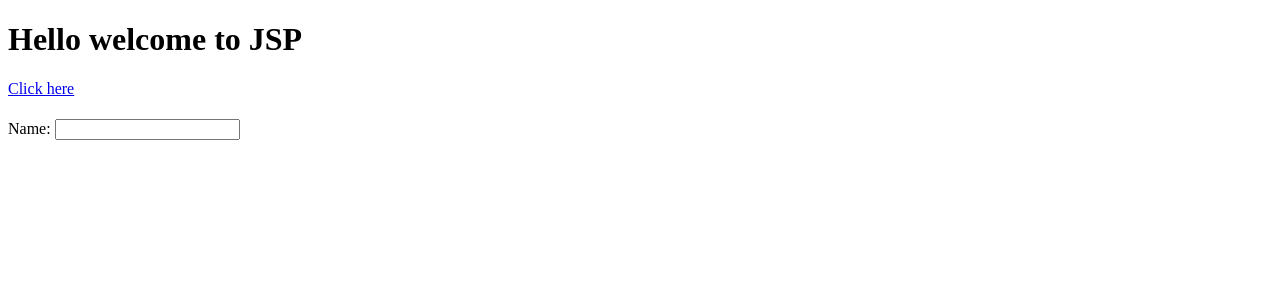
Repository: gauravrathod802/Java-Servlet
Page: http://localhost/MyFirstProject/
These files come from the project's save history. The page is drawn as it stood at one moment and after the next save; the edit follows.
The browser window is 1280 px wide. The pictures show the whole page.
The page is served by Tomcat 9. Other server files are loaded and not shown.

Above is the page before, as saved 2024-01-08 12:19:50.

### MyFirstProject/WebContent/index.jsp
<%@ page language="java" contentType="text/html; charset=ISO-8859-1"
    pageEncoding="ISO-8859-1"%>
<!DOCTYPE html>
<html>
<head>
<meta charset="ISO-8859-1">
<title>Java Servlet</title>
</head>
<body>
<h1>Hello welcome to JSP</h1>
<a href="MyServlet" >Click here</a>

<h1></h1>
<form>
<label>Name:</label>
<input type="text">
</form>
</body>
</html>

After the next save:
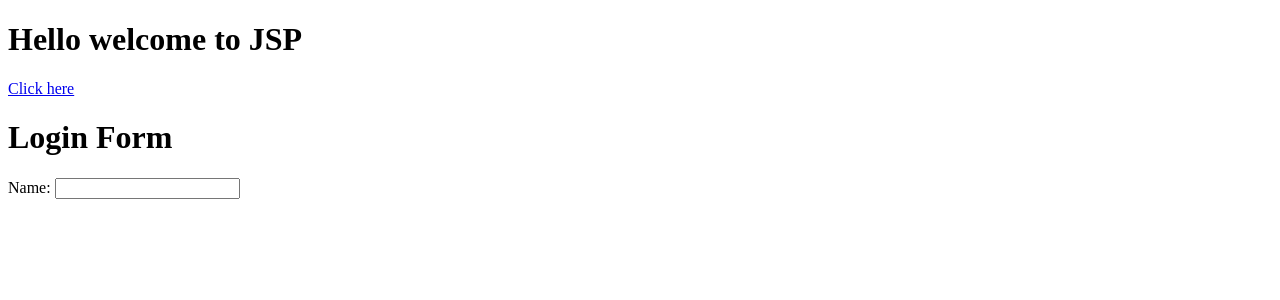
Saved 4 s later.
--- a/MyFirstProject/WebContent/index.jsp
+++ b/MyFirstProject/WebContent/index.jsp
@@ -10,7 +10,7 @@
 <h1>Hello welcome to JSP</h1>
 <a href="MyServlet" >Click here</a>
 
-<h1></h1>
+<h1>Login Form</h1>
 <form>
 <label>Name:</label>
 <input type="text">
